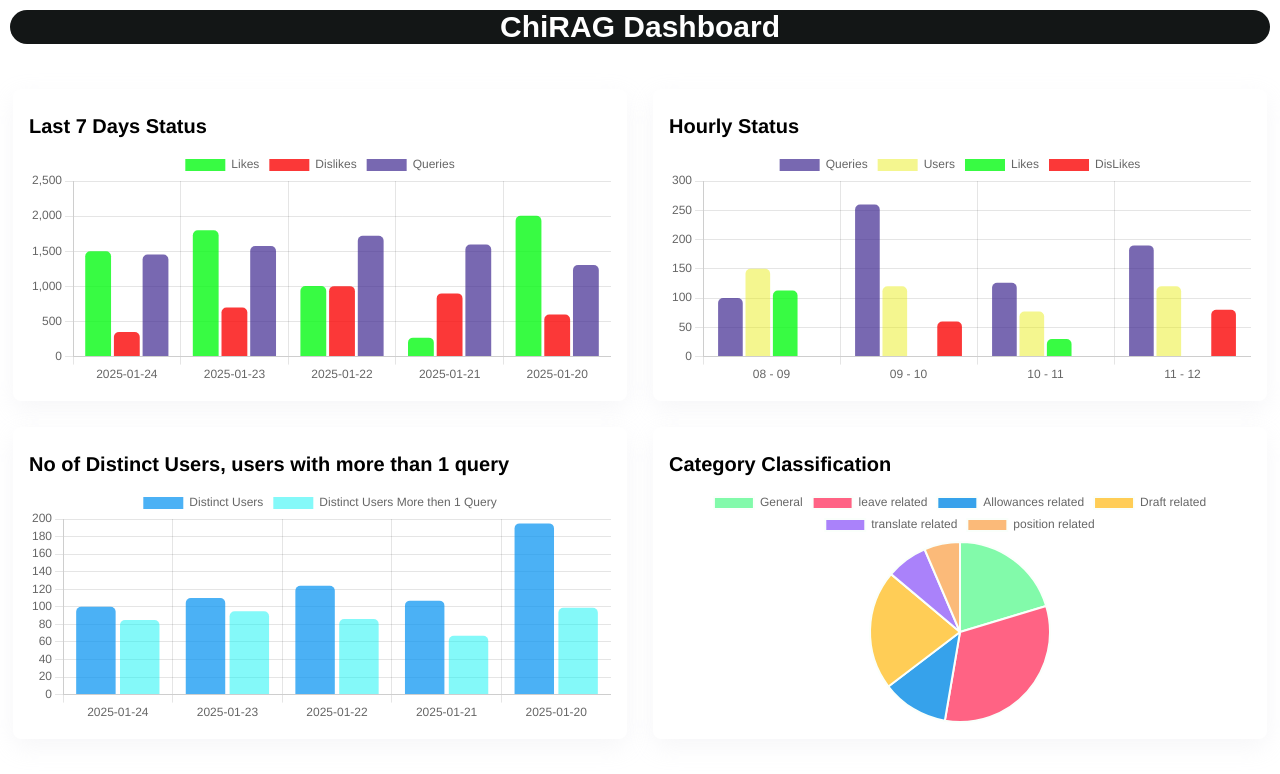
Repository: NAGARAJ-DEVELOPER/Dashboard
Page: /
These files come from the project's save history. The page is drawn as it stood at one moment and after the next save; the edit follows.
The browser window is 1280 px wide. The pictures show the whole page.
The project was rebuilt for these pictures with package versions that can differ from the ones it lists, and the page was loaded fresh each time. Also part of the build but not shown: vite.config.js.

Above is the page before, as saved 2025-02-16 16:26:36.

### src/App.jsx
import React from "react";
import { Chart as ChartJS, defaults } from "chart.js/auto";
import { Bar, Doughnut, Line, Pie } from "react-chartjs-2";
import { useState,useEffect } from "react";

import "./App.css";




defaults.maintainAspectRatio = false;
defaults.responsive = true;

defaults.plugins.title.display = true;
defaults.plugins.title.align = "start";
defaults.plugins.title.font.size = 20;
defaults.plugins.title.color = "black";

export const App = () => {

  const [Week, setWeekData] = useState([]);
  const [toady, setTodayData] = useState([]);
  const [user, setUserData] = useState([]);
  const [category, setCategoryData] = useState([]);

  useEffect(() => {
      fetch("./config.json") // Load config file
          .then((response) => response.json())
          .then((config) => {
              // Fetch JSON files dynamically
              console.log("Success");
              loadJSON(config.week, setWeekData);
              loadJSON(config.today, setTodayData);
              loadJSON(config.user, setUserData);
              loadJSON(config.category, setCategoryData);
          })
          .catch((error) => console.error("Error loading config.json:", error));
  }, []);

  const loadJSON = (path, setter) => {
      fetch(path)
          .then((response) => response.json())
          .then((data) => setter(data))
          .catch((error) => console.error(`Error loading ${path}:`, error));
  };

  return (
   <>
   <div className="HeaderStyle">
   <h1 >ChiRAG Dashboard</h1>
   </div>
    <div className="App">

        <div className="dataCard categoryCard">
        <Bar
          data={{
            labels: Week.map((data) => data.DATE1),
            datasets: [
              {
                label: "Likes",
                data: Week.map((data) => data.number_of_likes),
                backgroundColor: [
             "rgba(7, 250, 20, 0.8)",
                ],
                borderRadius: 5,
              },
              {
                label: "Dislikes",
                data: Week.map((data) => data.number_of_dislikes),
                backgroundColor: [

                  "rgba(250, 7, 7, 0.8)",

                ],
                borderRadius: 5,
              },
              {
                label: "Queries",
                data: Week.map((data) => data.number_of_ques),
                backgroundColor: [
                  "rgba(63, 40, 145, 0.7)",
                ],
                borderRadius: 5,
              },
            ],
          }}
          options={{
            plugins: {
              title: {
                text: "Last 7 Days Status",
              },
            },
          }}
        />
      </div>


      <div className="dataCard categoryCard">
        <Bar
          data={{
            labels: toady.map((data) => data.B_TIME),
            datasets: [
              {
                label: "Queries",
                data: toady.map((data) => data.C_Questions),
                backgroundColor: [
                  "rgba(63, 40, 145, 0.7)",
                ],
                borderRadius: 5,
              },
              {
                label: "Users",
                data: toady.map((data) => data.D_Users),
                backgroundColor: [

                  "rgba(231, 235, 8, 0.45)",

                ],
                borderRadius: 5,
              },
              {
                label: "Likes",
                data: toady.map((data) => data.F_Likes),
                backgroundColor: [
                  "rgba(7, 250, 20, 0.8)",
                ],
                borderRadius: 5,
              },
              {
                label: "DisLikes",
                data: toady.map((data) => data.Dis_Likes),
                backgroundColor: [
                  "rgba(250, 7, 7, 0.8)",
                ],
                borderRadius: 5,
              },
            ],
          }}
          options={{
            plugins: {
              title: {
                text: "Hourly Status",
              },
            },
          }}
        />
      </div>


      <div className="dataCard categoryCard">
        <Bar
          data={{
            labels: user.map((data) => data.DATE1),
            datasets: [
              {
                label: "Distinct Users",
                data: user.map((data) => data.number_of_distinct_users),
                backgroundColor: 'rgba(9, 149, 241, 0.73)',
                borderRadius: 5,
              },
              {
                label: "Distinct Users More then 1 Query",
                data: user.map((data) => data.Distinct_Users_more_1query),
                backgroundColor:'rgba(10, 243, 243, 0.5)',
                borderRadius: 5,
              },
            ],
          }}
          options={{
            plugins: {
              title: {
                text: "No of Distinct Users, users with more than 1 query",
              },
            },
          }}
        />
      </div>


      <div className="dataCard categoryCard">
        <Pie
          data={{
            labels: category.map((data) => data.category),
            datasets: [
              {
                label: "Count",
                data: category.map((data) => data.COUNT_CAT),
                backgroundColor: [
                  'rgba(7, 245, 86, 0.5)',
         'rgb(255, 99, 132)',
      'rgb(54, 162, 235)',
      'rgb(255, 205, 86)',
        'rgba(86, 6, 245, 0.5)',
        'rgba(247, 129, 11, 0.55)',
                ],
                borderColor: [
                  'rgb(250, 255, 251)',
                  'rgb(250, 255, 251)',
                  'rgb(250, 255, 251)',
                  'rgb(250, 255, 251)',
                  'rgb(250, 255, 251)',
                  'rgb(250, 255, 251)',
                ],animation :Pie,
              },
            ],
          }}
          options={{
            plugins: {
              title: {
                text: "Category Classification",
              },
            },
          }}
        />
      </div>
    </div>
    </>
  );
};

### src/App.css
.App {
  height: 100vh;
  width: 100%;
  display: flex;
  flex-direction: row;
  align-items: center;
  justify-content: center;
  align-content: center;
  gap: 2vw;
  flex-wrap: wrap;
  background-color: #ffffff;
  overflow: auto;
}
.HeaderStyle{
  font-size: 15px;
  display: flex;
  justify-content: center; /* Horizontal alignment */
  align-items: center; /* Vertical alignment */
  background-color:  #131616;
  color: #ffffff;
  border-radius: 30px;
  margin: 10px;
}
.dotted {
  border-top: 20px dotted #0a0a0a;
}
.vl {
  border-left: 2px dashed rgb(8, 8, 8);
  height: 98%;
  position: absolute;
  left: 49%;
  margin-left: -3px;
  top: 0;
}
.dataCard {
  background-color: #ffffff;
  border-radius: 0.5em;
  box-shadow: rgba(208, 210, 218, 0.2) 0px 8px 24px;
  padding: 1em;
}

.revenueCard {
  width: 92%;
  height: 20rem;
}

.customerCard {
  width: 50%;
  height: 19.5rem;
}

.categoryCard {
  width: 48%;
  height: 19.5rem;
}

### public/config.json
{
    "week": "data/7days.json",
    "today": "data/Today.json",
    "user": "data/Users.json",
    "category": "data/Category.json"
  }

### public/data/7days.json
[
    {  "DATE1": "2025-01-24", "number_of_dislikes": 350, "number_of_likes": 1500,  "number_of_ques": 1452 },
    {  "DATE1": "2025-01-23", "number_of_dislikes": 700, "number_of_likes": 1800,  "number_of_ques": 1574 },
    {  "DATE1": "2025-01-22", "number_of_dislikes": 1003, "number_of_likes": 1005,  "number_of_ques": 1720 },
    {  "DATE1": "2025-01-21", "number_of_dislikes": 900, "number_of_likes": 270,  "number_of_ques": 1596 },
    {  "DATE1": "2025-01-20", "number_of_dislikes": 600, "number_of_likes": 2005,  "number_of_ques": 1304 }
  ]

### public/data/Today.json
[
  { "A_DATE": "2025-01-27", "B_TIME": "08 - 09", "C_Questions": 100, "D_Users": 150 ,"F_Likes": 113},
  { "A_DATE": "2025-01-27",  "B_TIME": "09 - 10", "C_Questions": 260, "D_Users": 120,"Dis_Likes":60},
  { "A_DATE": "2025-01-27", "B_TIME": "10 - 11", "C_Questions": 126, "D_Users": 77, "F_Likes": 30 },
  { "A_DATE": "2025-01-27", "B_TIME": "11 - 12", "C_Questions": 190, "D_Users": 120,"Dis_Likes":80 }
]

### public/data/Users.json
[
  {  "DATE1": "2025-01-24", "number_of_distinct_users": 100, "Distinct_Users_more_1query": 85 },
  {  "DATE1": "2025-01-23", "number_of_distinct_users": 110, "Distinct_Users_more_1query": 95 },
  {  "DATE1": "2025-01-22", "number_of_distinct_users": 124, "Distinct_Users_more_1query": 86  },
  {  "DATE1": "2025-01-21", "number_of_distinct_users": 107, "Distinct_Users_more_1query": 67  },
  {  "DATE1": "2025-01-20", "number_of_distinct_users": 195, "Distinct_Users_more_1query": 99  }
]

### public/data/Category.json
[
  { "category": "General", "COUNT_CAT": 2434 },
  { "category": "leave related", "COUNT_CAT": 3870 },
  { "category": "Allowances related", "COUNT_CAT": 1430 },
  { "category": "Draft related", "COUNT_CAT": 2569 },
  { "category": "translate related", "COUNT_CAT": 891 },
  { "category": "position related", "COUNT_CAT": 770 }
]

Loaded but not shown: index.html (common file); src/main.jsx (common file); src/index.css (common file)

After the next save:
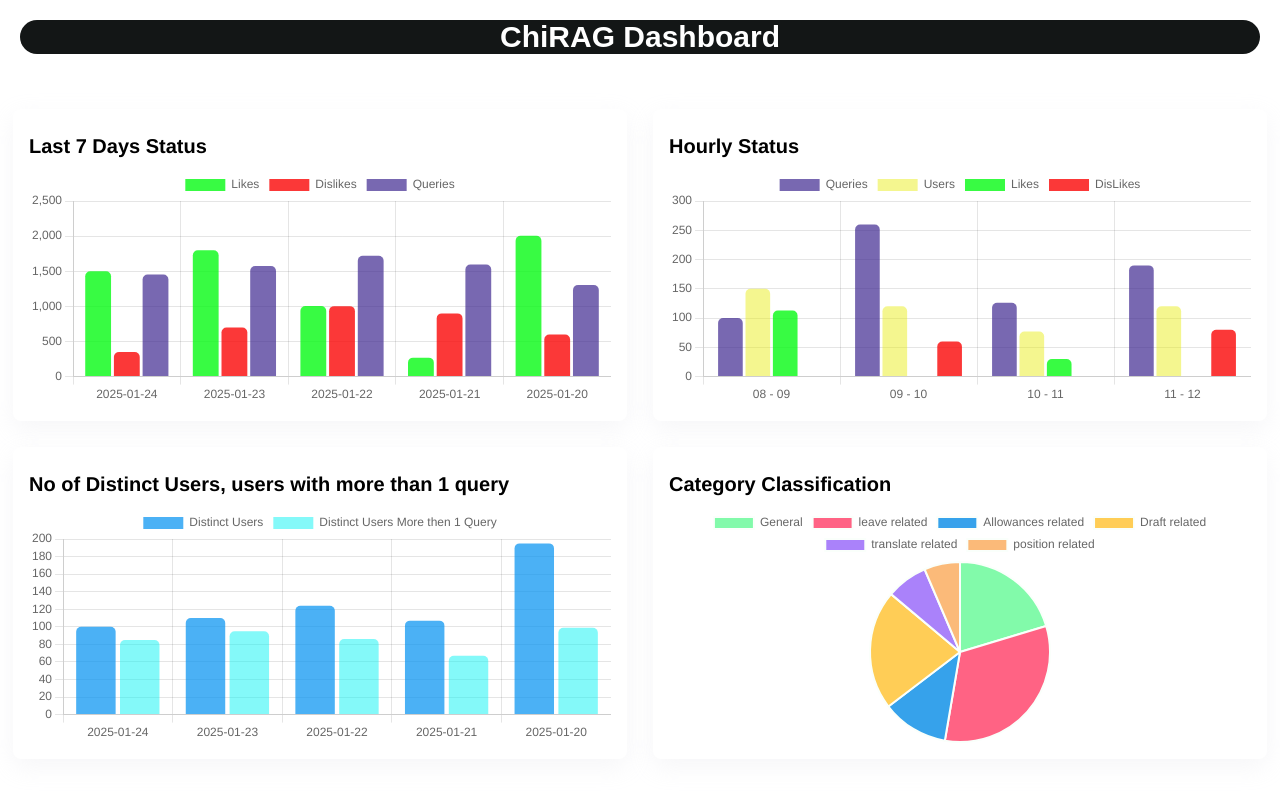
Saved 7 s later.
--- a/src/App.css
+++ b/src/App.css
@@ -19,7 +19,7 @@
   background-color:  #131616;
   color: #ffffff;
   border-radius: 30px;
-  margin: 10px;
+  margin: 20px;
 }
 .dotted {
   border-top: 20px dotted #0a0a0a;
